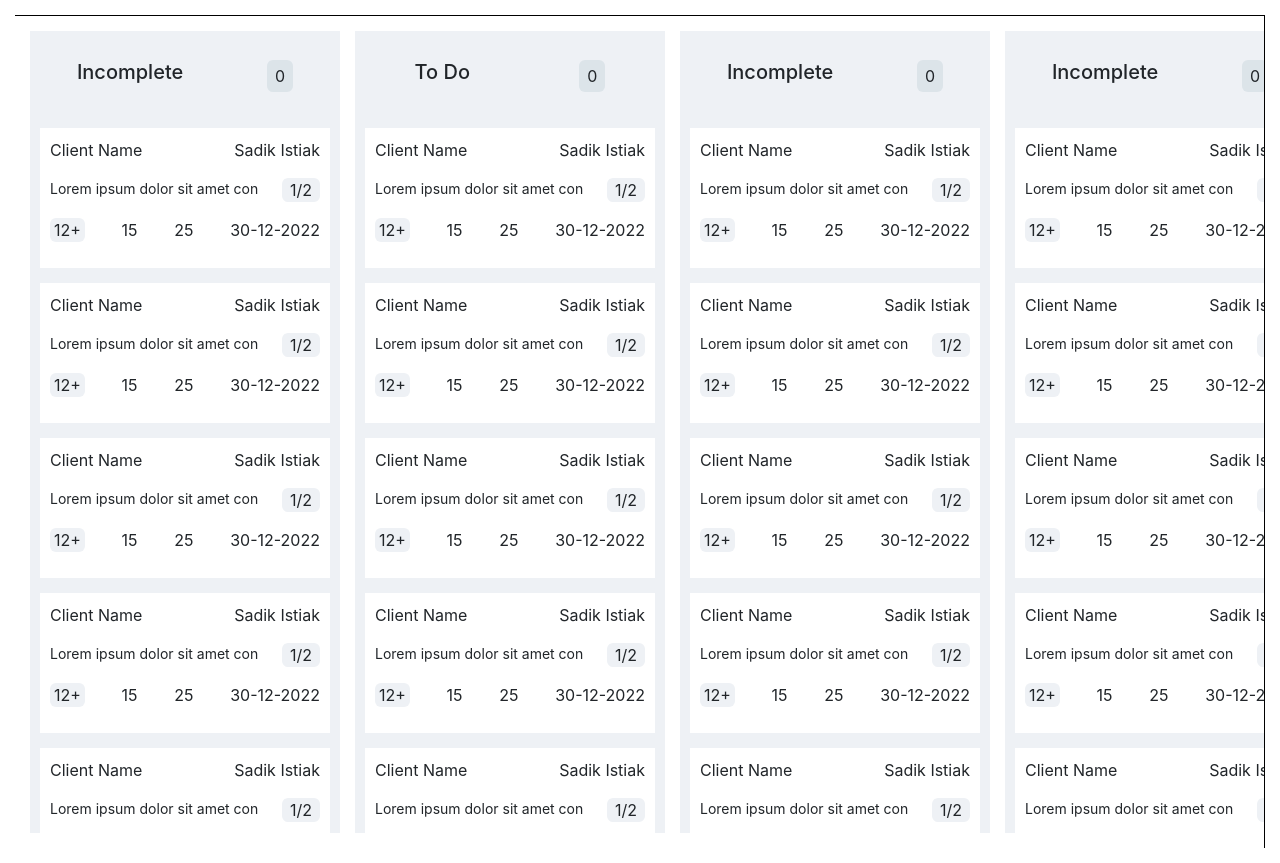
Repository: Sharif-00112/dashboard-task-frontend
Page: /
The author's editor kept a copy of each file at every save. The page is drawn from the files as they stood at one save, then again after a run of saves.
The browser window is 1280 px wide. The pictures show the whole page.
The project was rebuilt for these pictures with package versions that can differ from the ones it lists, and the page was loaded fresh each time.

Above is the page before, as saved 2023-01-29 20:44:08.

After the next 2 saves:
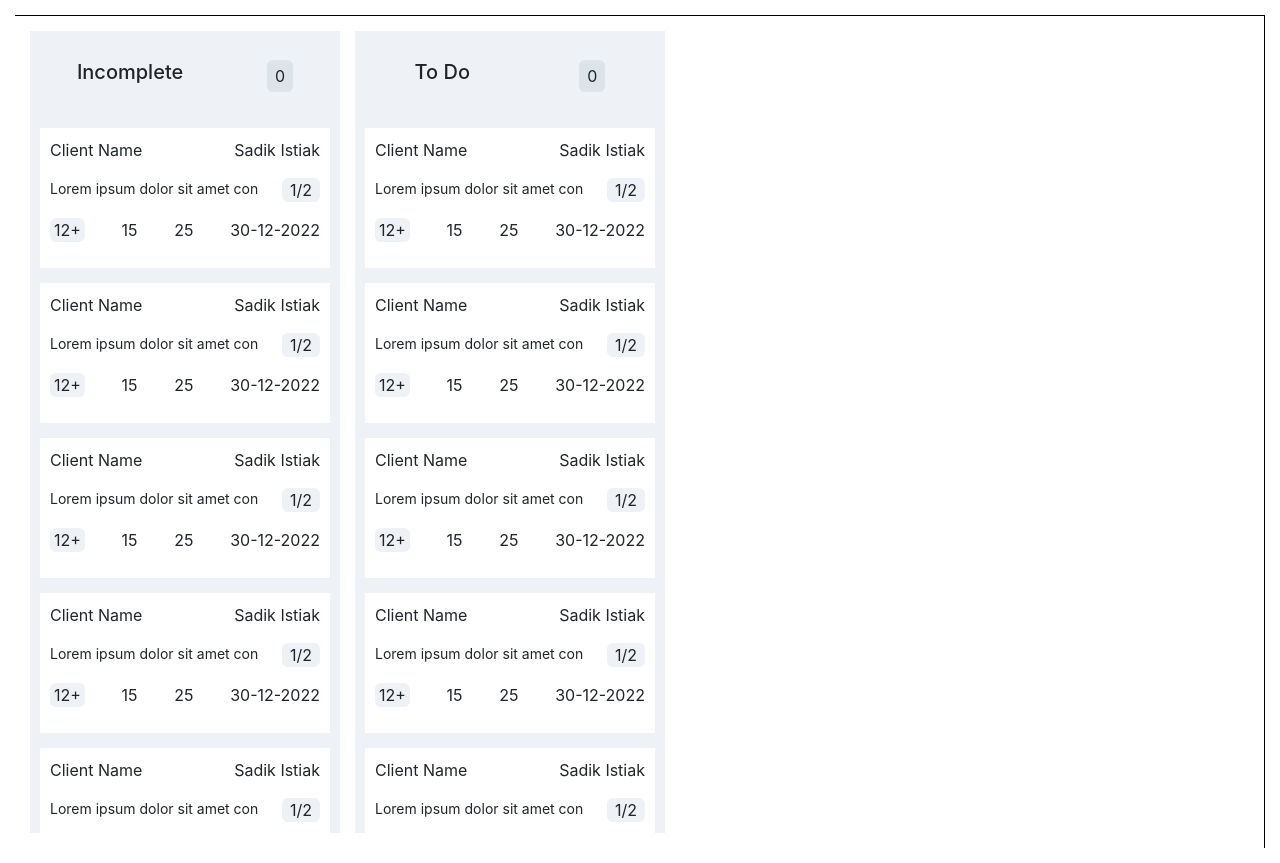
The 2 saves are shown as one change because 1 did not build or start.
The last was saved 2 min 44 s later.
--- a/src/Components/Dashboard.js
+++ b/src/Components/Dashboard.js
@@ -1,16 +1,20 @@
 import React from 'react';
 import Incomplete from './Incomplete';
 import ToDo from './ToDo';
+import Doing from './Doing'
+import UnderReview from './UnderReview'
+import Completed from './Completed'
+import Overdue from './Overdue'
 
 const Dashboard = () => {
     return (
         <div className='dashboard landing'  style={{overflowX:"scroll"}} >
             <Incomplete></Incomplete>
             <ToDo></ToDo>
-            <Incomplete></Incomplete>
-            <Incomplete></Incomplete>
-            <Incomplete></Incomplete>
-            <Incomplete></Incomplete>
+            <Doing></Doing>
+            <UnderReview></UnderReview>
+            <Completed></Completed>
+            <Overdue></Overdue>
         </div>
     );
 };
